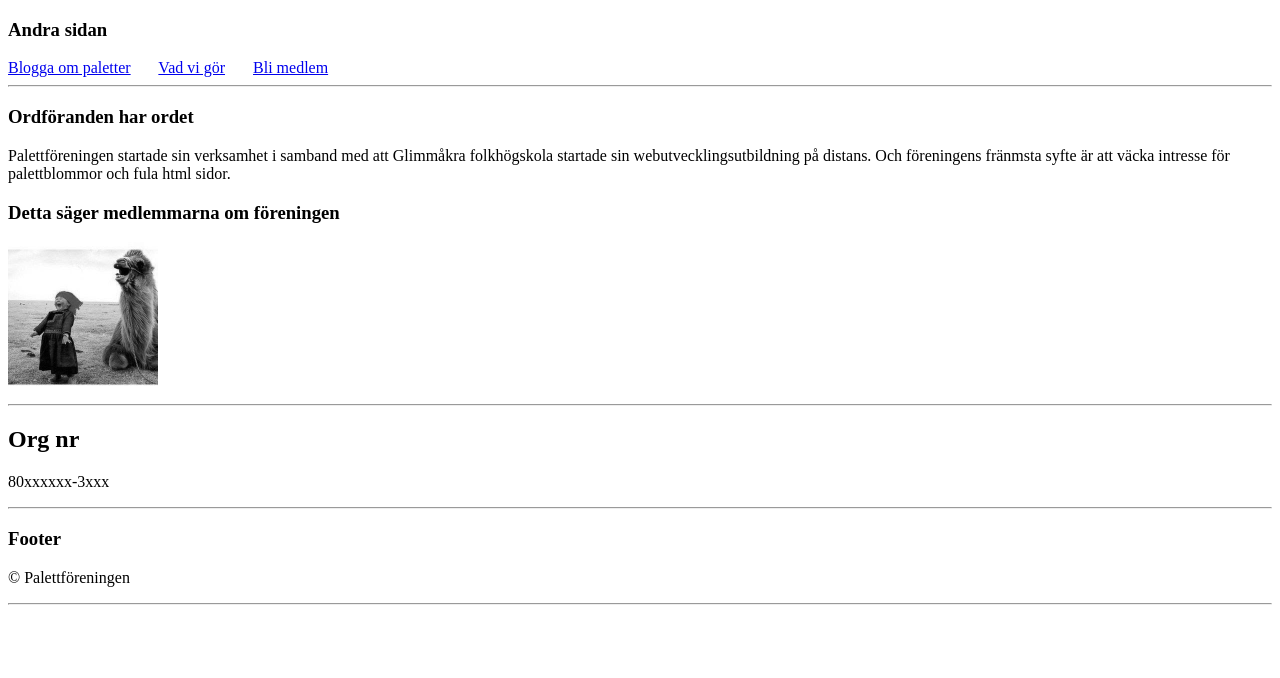
Repository: Webutveckling-20-21/Uppgift-1
Page: verksamheten.html
The author's editor kept a copy of each file at every save. The page is drawn from the files as they stood at one save, then again after a run of saves.
The browser window is 1280 px wide. The pictures show the whole page.

Above is the page before, as saved 2021-09-07 12:10:04.

### verksamheten.html
<!-- Här alla måsten i huvudet såsom språk och språkkodning mm -->
<!DOCTYPE html>
<html lang="sv">


<head>
    <meta charset="UTF-8">
    <meta name="viewport" content="width=device-width, initial-scale=1.0">
    <title>verksamheten</title>
</head>

<body>
    <header>
        <h3>Andra sidan</h3>
        <!-- Här läggs alla länkar-->
        <a href="blogg.html">Blogga om paletter</a>&nbsp;&nbsp;&nbsp;&nbsp;&nbsp;&nbsp;
        <a href="verksamheten.html">Vad vi gör</a>&nbsp;&nbsp;&nbsp;&nbsp;&nbsp;&nbsp;
        <a href="medlemskap.html">Bli medlem</a>
    </header>
    <hr>
    <main>


         <article>

            <h3>Ordföranden har ordet</h3>
            <p></p> Palettföreningen startade sin verksamhet i samband med att Glimmåkra folkhögskola startade sin webutvecklingsutbildning på distans. Och föreningens fränmsta syfte är att väcka intresse för palettblommor och fula html sidor. <br>

            <article>

            <h3>Detta säger medlemmarna om föreningen</h3>



            </article>





            <img src="images/ordförande pa excursion.jpg" width="150" height="150" alt="Ordförande berättar.">
        </article>

    </main>
    <hr>
    <aside>
        <h2>Org nr</h2>
        <p>80xxxxxx-3xxx</p>





    </aside>
    <hr>
    <footer>

        <h3>Footer</h3>
        <p> &copy; Palettföreningen</p>
    </footer>
    <hr>


</body>

</html>

After the next 3 saves:
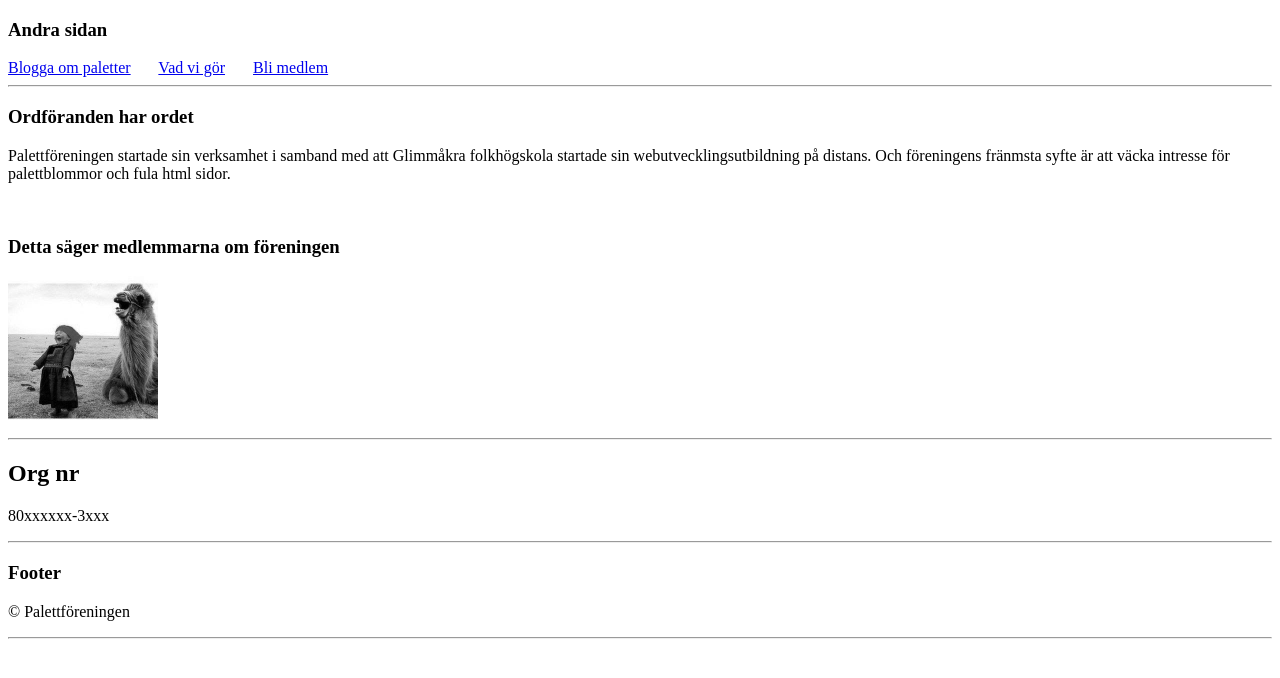
The 3 saves are shown as one change because they came seconds apart.
The last was saved 12 s later.
--- a/verksamheten.html
+++ b/verksamheten.html
@@ -24,7 +24,7 @@
          <article>
 
             <h3>Ordföranden har ordet</h3>
-            <p></p> Palettföreningen startade sin verksamhet i samband med att Glimmåkra folkhögskola startade sin webutvecklingsutbildning på distans. Och föreningens fränmsta syfte är att väcka intresse för palettblommor och fula html sidor. <br>
+            <p> Palettföreningen startade sin verksamhet i samband med att Glimmåkra folkhögskola startade sin webutvecklingsutbildning på distans. Och föreningens fränmsta syfte är att väcka intresse för palettblommor och fula html sidor. </p> <br>
 
             <article>
 
